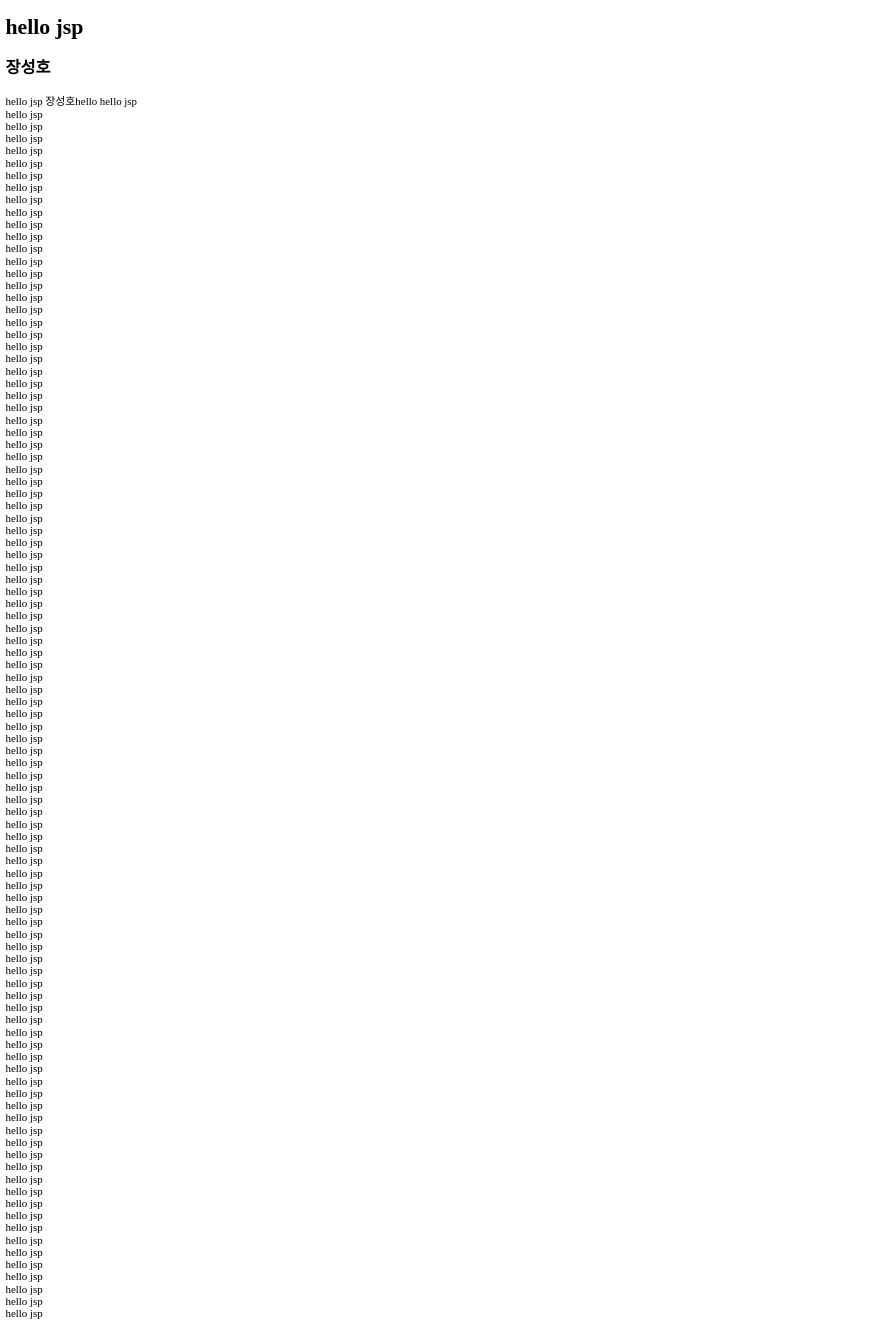
Repository: jjang051globalit/jsp-lecture
Page: http://localhost/jsp01/hello.jsp
The author's editor kept a copy of each file at every save. The page is drawn from the files as they stood at one save, then again after the next save.
The browser window is 1280 px wide. The pictures show the whole page, at 68% of full size.
The page is served by Tomcat 9.

Above is the page before, as saved 2023-06-02 01:17:58.

### jsp01/src/main/webapp/hello.jsp
<%@ page language="java" contentType="text/html; charset=UTF-8"
    pageEncoding="UTF-8"%>
<%!
	String name = "장성호";
	String msg = "hello";
%>
<!DOCTYPE html>
<html>
<head>
<meta charset="UTF-8">
<title>Insert title here</title>
</head>
<body>
	<h1>hello jsp</h1>
	<h2><%= name %></h2>
	<%
		out.println("hello jsp");
		out.println(name+msg);
		for(int i=0;i<100;i++) {
			out.println("hello jsp <br>");
		}
	%>
</body>
</html>

After the next save:
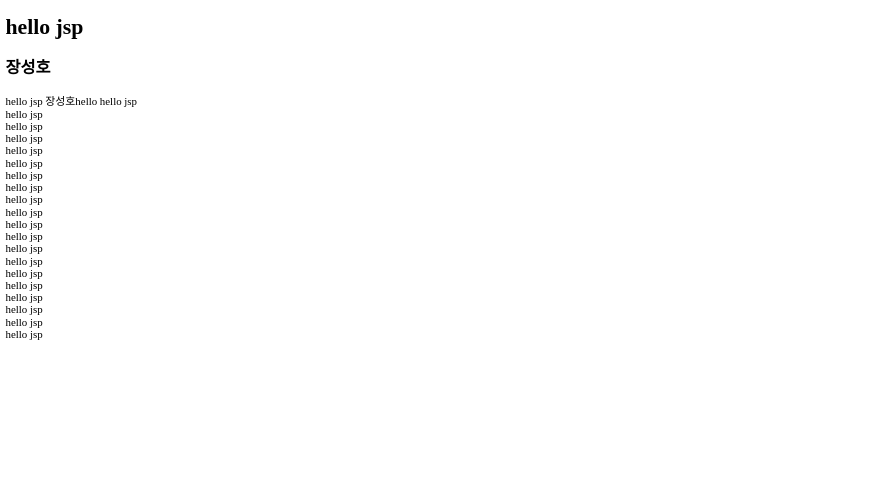
Saved 9 min 53 s later.
--- a/jsp01/src/main/webapp/hello.jsp
+++ b/jsp01/src/main/webapp/hello.jsp
@@ -16,7 +16,7 @@
 	<%
 		out.println("hello jsp");
 		out.println(name+msg);
-		for(int i=0;i<100;i++) {
+		for(int i=0;i<20;i++) {
 			out.println("hello jsp <br>");
 		}
 	%>
